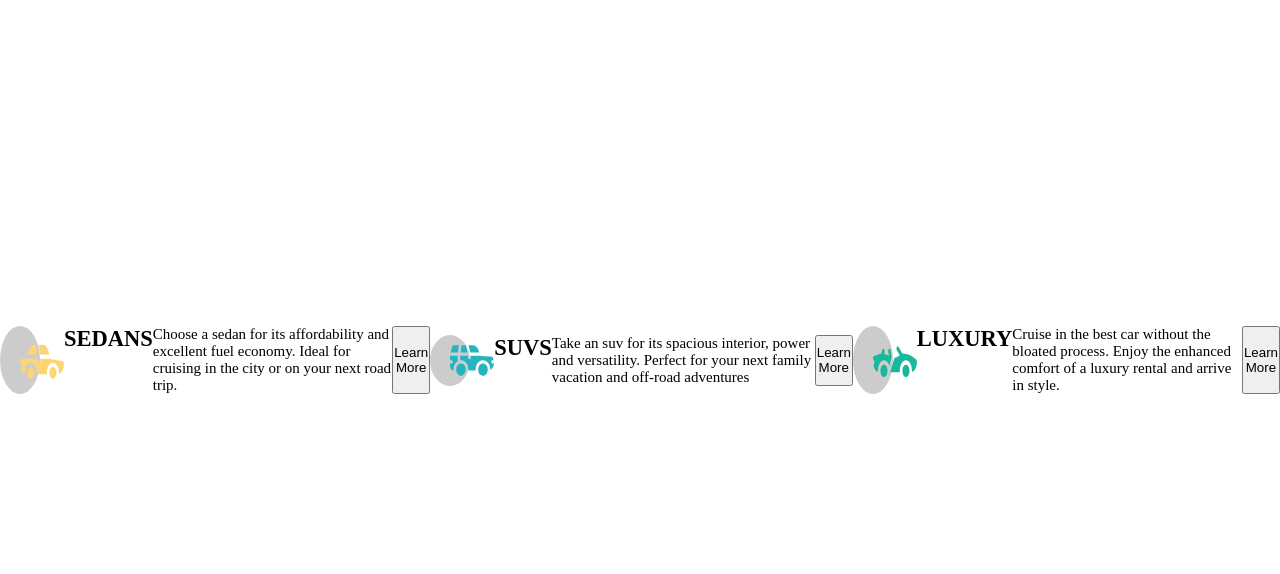
Repository: UnegbuAbigail/3-columns-cards
Page: index.html
These files come from the project's save history. The page is drawn as it stood at one moment and after a run of saves; the edit follows.
The browser window is 1280 px wide. The pictures show the whole page.

Above is the page before, as saved 2024-08-03 14:09:37.

### index.html
<!DOCTYPE html>
<html lang="en">
<head>
    <meta charset="UTF-8">
    <meta name="viewport" content="width=device-width, initial-scale=1.0">
    <title>Document</title>
    <link rel="stylesheet" href="style.css">
</head>
<body>
    <main>
        <section>
            <!-- card-1 -->
             <div class="cards">
                <img src="assets/icon-sedans.svg" alt="sedan-car-image">
                <h2>SEDANS</h2>
                <p>Choose a sedan for its affordability and excellent fuel economy. Ideal for cruising in the city or on your next road trip.</p>
                <button>Learn More</button>
             </div>

             <!-- card-2 -->

             <div class="cards">
                <img src="assets/icon-suvs.svg" alt="">
                <h2>SUVS</h2>
          <p>
            Take an suv for its spacious interior, power and versatility.
            Perfect for your next family vacation and off-road adventures
          </p>
          <button>Learn More</button>
             </div>

             <!-- card-3 -->
             <div class="cards">
                <img src="assets/icon-luxury.svg" alt="luxury-car-image">
                <h2>LUXURY</h2>
                <p>
                    Cruise in the best car without the bloated process. Enjoy the enhanced comfort of a luxury rental and arrive in style.
                </p>
                <button>Learn More</button>
               </div>
        </section>
    </main>
</body>
</html>

### style.css

@import url('https://fonts.googleapis.com/css2?family=Lexend+Deca:wght@100..900&family=Montserrat:ital,wght@0,100..900;1,100..900&display=swap');
@import url('https://fonts.googleapis.com/css2?family=Big+Shoulders+Display:wght@100..900&family=Lexend+Deca:wght@100..900&family=Montserrat:ital,wght@0,100..900;1,100..900&display=swap');

*{
    padding: 0;
    margin: 0;
    box-sizing: border-box;
}

:root{
    --bright-orange:hsl(31, 77%, 52%)
    --dark-cyan: hsl(184, 100%, 22%)
    --very-dark-cyan:hsl(179, 100%, 13%)
    --transparent-white:hsla(0, 0%, 100%, 0.75)
    --very-light-gray:hsl(0, 0%, 95%)
    --ff-big-shoulders-display:"Big Shoulders Display", sans-serif;
    --ff-lexand-deca:"Lexand Deca", sans-serif;
}

html,body{
    display: flex;
    justify-content: center;
    align-items: center;
    /* border: 2px, solid red; */
    min-height: 100%;
}

body{
    font-size: 15px;
}
main{
    display: flex;
    justify-content: center;
    align-items: center;
    min-height: 100%;
}

section{
        /* border: 2px solid blue; */
        display: flex;
        justify-content: center;
        align-items: center;
        width: 100%;
        height: 100%;

}
/* cards */
.cards{
    display: flex;

}

After the next 6 saves:
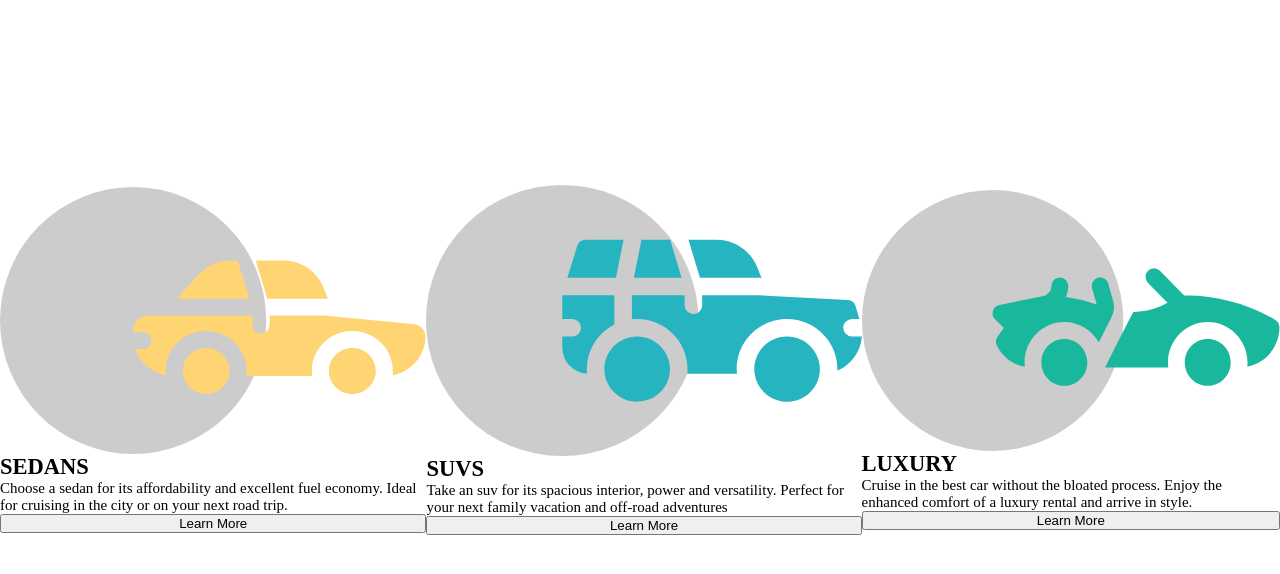
The 6 saves are shown as one change because they came seconds apart.
The last was saved 15 s later.
--- a/style.css
+++ b/style.css
@@ -48,5 +48,6 @@ section{
 /* cards */
 .cards{
     display: flex;
-
+    flex-direction: column;
+    gap: ;
 }
